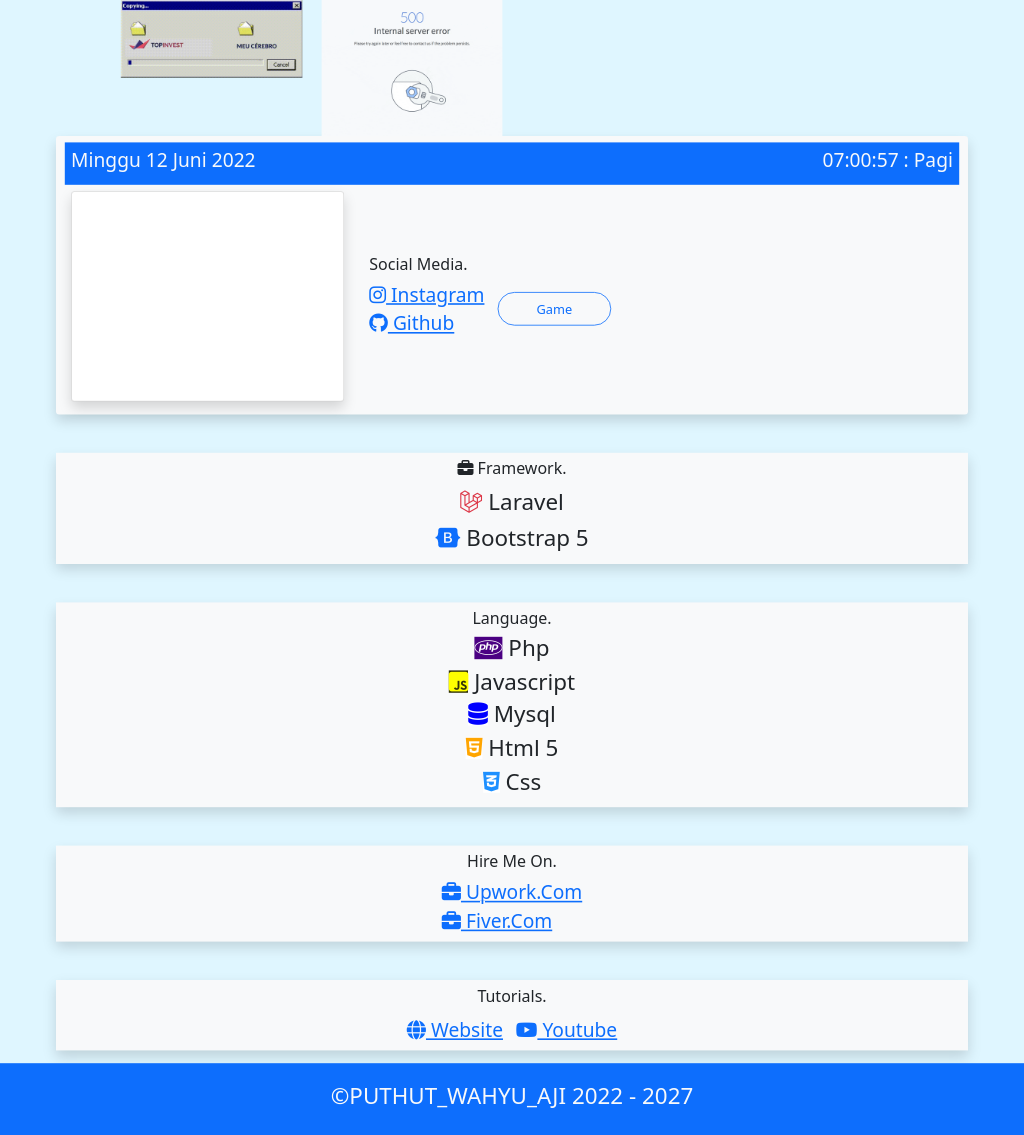
Repository: initer3737/initer3737.github.io
Page: index.html
The author's editor kept a copy of each file at every save. The page is drawn from the files as they stood at one save, then again after the next save.
The browser window is 1280 px wide. The pictures show the whole page, at 80% of full size.
Pictures or frames that could not be fetched are drawn as grey boxes. Some web libraries are served in a nearby version.

Above is the page before, as saved 2022-06-12 07:50:40.

### index.html
<!DOCTYPE html>
<html lang="en">
<head>
    <meta charset="UTF-8">
    <meta http-equiv="X-UA-Compatible" content="IE=edge">
    <meta name="viewport" content="width=device-width, initial-scale=1.0">
    <title>puthut wahyu aji</title>
    <link href="https://cdn.jsdelivr.net/npm/bootstrap@5.0.2/dist/css/bootstrap.min.css" rel="stylesheet" integrity="sha384-EVSTQN3/azprG1Anm3QDgpJLIm9Nao0Yz1ztcQTwFspd3yD65VohhpuuCOmLASjC" crossorigin="anonymous">
    <script src="https://kit.fontawesome.com/7bb1ae10af.js" crossorigin="anonymous"></script>

    <link rel="stylesheet" href="css/style.css">
</head>
<body class="bg-1">
    <header class=" bg-1">
       <div class="row">
        <div class=" col-12 col-md-6 col-lg-3">
            <img src="img/giphy (1).gif" class="img-fluid">
        </div>
            <img src="img/giphy.gif" class="img-fluid col-12 col-md-6 col-lg-3">
       </div>
    </header>
    <div class="container bg-light shadow rounded  d-flex flex-column gap-4 justify-content-center align-content-center align-items-center p-2">
        <div class="row d-flex align-content-center align-items-center">
            <div class="col-12">
               <div class="bg-primary text-capitalize d-flex justify-content-between">
                <p id="fulldate" class="h4 text-light p-2"></p>
                <p id="jam" class="h4 text-light p-2"></p>
               </div>
            </div>
            <div class="col-10 col-md-5 col-lg-4">
               <div class="card shadow m-2 p-1 position-relative">
                <video src="img/Earth - 4788.mp4" loop muted autoplay class="w-100 rounded-pill py-5 px-2"></video>
                <div class="filter2"></div>
               </div>
            </div>
            <div class="col-10 col-md-9 col-lg-8">
               <h5 class="text-capitalize">social media.</h5>
               <div class="d-flex flex-row align-content-center align-items-center gap-3">
                <div class="d-flex flex-column fs-4">
                    <a href="https://www.instagram.com/puthutwahyuaji/" target="_blank" class="text-capitalize"><i class="fa-brands fa-instagram"></i> instagram</a>
                    <!-- <a href="https://www.facebook.com/puthut.wahyuaji.94/" target="_blank" class="text-capitalize"><i class="fa-brands fa-facebook"></i> facebook</a>
                    <a href="https://twitter.com/puthut_wahkyu" target="_blank" class="text-capitalize"><i class="fa-brands fa-twitter"></i> twitter</a> -->
                    <!-- <a href="https://www.sololearn.com/profile/22926925" target="_blank" class="text-capitalize"><i class="fa-solid fa-globe"></i> sololearn</a> -->
                    <!-- <a href="https://www.duolingo.com/profile/PUTHUTWAHY" target="_blank" class="text-capitalize"><i class="fa-solid fa-globe"></i> duolingo</a> -->
                    <a href="https://github.com/initer3737" target="_blank" class="text-capitalize"><i class="fa-brands fa-github"></i> github</a>
                </div>
                <div class=""><a href="game.html" class="btn btn-outline-primary rounded-pill px-5 py-2">Game</a></div>
            </div>
            </div>
        </div>
    </div>
    <!-- https://www.fiverr.com/share/lYqN8j -->
    <div class="container bg-light shadow mt-5 d-flex flex-column gap-1 justify-content-center align-content-center align-items-center p-2">
        <h5><i class="fa-solid fa-briefcase"></i> framework.</h5>
            <h3><i class="fa-brands fa-laravel text-danger"></i> laravel</h3>
            <h3><i class="fa-brands fa-bootstrap text-primary"></i> bootstrap 5</h3>
        </div>
    </div>

    <div class="container bg-light shadow mt-5 d-flex flex-column  justify-content-center align-content-center align-items-center p-2">
        <h5>language.</h5>
            <h3><i class="fa-brands fa-php php"></i> php</h3>
            <h3><i class="fa-brands fa-js-square javascript"></i> javascript</h3>
            <h3><i class="fa-solid fa-database mysql"></i> mysql</h3>
            <h3><i class="fa-brands fa-html5 html"></i> html 5</h3>
            <h3><i class="fa-brands fa-css3-alt css"></i> css</h3>
        </div>

        <div class="container bg-light shadow mt-5 d-flex flex-column  justify-content-center align-content-center align-items-center p-2">
            <h5 class="capitalize">Hire me on.</h5>
            <div class="d-flex flex-column fs-4">
                <a href="https://www.upwork.com/workwith/puthutwahyuaji" target="_blank"><i class="fa-solid fa-briefcase"></i> upwork.com</a>
                <a href="https://www.fiverr.com/share/lYqN8j" target="_blank"><i class="fa-solid fa-briefcase"></i> fiver.com</a>
            </div>
            </div>

    </div>

    <div class="container bg-light shadow mt-5 d-flex flex-column gap-1 justify-content-center align-content-center align-items-center p-2">
        <h5>tutorials.</h5>
        <div class="fs-4 d-flex gap-3">
            <a href="https://initer3737.github.io/course/html/pages/course.html" target="_blank"><i class="fa-solid fa-globe"></i> website</a>
            <a href="https://www.youtube.com/channel/UClsfa0LkA3_YMsFjW1M__sw" target="_blank"><i class="fa-brands fa-youtube"></i> youtube</a>
        </div>
    </div>

    <footer class="bg-primary mt-3 p-4 text-light">
        <h3 class="text-center">&copy;PUTHUT_WAHYU_AJI <span id="year"></span></h3>
    </footer>
    <div class="modals-groups">
        <div class="modal fade" id="quotes">
            <div class="modal-dialog modal-dialog-centered">
                <div class="modal-content">
                    <div class="modal-header">
                        <h5 class="modal-title">message</h5>
                        <button class="btn-close" data-bs-dismiss="modal"></button>
                    </div>
                    <div class="modal-body">
                        <blockquote>"
                            manusia memiliki keinginan untuk menjadi kuat
                            sehingga lupa untuk menurunkan bakatnya pada
                            generasi selanjutnya lalu pada akhirnya mereka
                            tak mendapatkan apapun , tak akan ada yang
                            dapat mengingat namanya."
                        </blockquote> <hr>
                        <blockquote>
                            "kau tahu? , meski kau menghargai hidupmu,
                            orang lain begitu mudah menginjak-injaknya."
                            <p class="text-center">
                                -yorichi sugikuni
                            </p>
                        </blockquote>
                    </div>
                </div>
            </div>
        </div>
    </div>
    <script src="https://cdn.jsdelivr.net/npm/bootstrap@5.0.2/dist/js/bootstrap.bundle.min.js" integrity="sha384-MrcW6ZMFYlzcLA8Nl+NtUVF0sA7MsXsP1UyJoMp4YLEuNSfAP+JcXn/tWtIaxVXM" crossorigin="anonymous"></script>
</body>
</html>

<script>
    function Years() {
        $date=new Date();
        let t=document.getElementById('year');
        t.innerHTML=`${$date.getFullYear()} - ${$date.getFullYear()+5}`;
    }
    function Jam(){
        let T=document.getElementById('jam');
        let time=new Date();let hour;let minuets;let second;let statusTime;
        hour=validateTime(time.getHours());minuets=validateTime(time.getMinutes());second=validateTime(time.getSeconds());statusTime=()=>{
            if(hour > 00 &&hour < 11 ){
                status="pagi";
            }else if(hour >11 && hour < 15){
                status="siang";
            }else if(hour > 15 && hour < 18 ){
                status="sore";
            }else{
                status="malam";
            }

            return status;
        };
        T.innerHTML=`${hour}:${minuets}:${second} : ${statusTime()}`;
        setTimeout('Jam()',1000);
    }
    function Tanggal(){
        let t=document.getElementById("fulldate");
        let time=new Date();
        let hari;let bulan;let tanggal;let tahun;let hariAngka=time.getDate();
        tahun=time.getFullYear();bulan=time.getMonth();hari=time.getDay();
        let data={
            hari:["minggu","senin","selasa","rabu","kamis","jum'at","sabtu"],
            bulan:["januari","february","maret","april","mei","juni","juli","agustus","september","oktober","november","desember"]
        };
         t.innerHTML=`${data.hari[hari]}  ${hariAngka}  ${data.bulan[bulan]}  ${tahun}`;
    }
    const validateTime=(T)=>T<10 ?'0'+T:T;

    const initialize=()=>{
                Tanggal();
                Years();
                Jam();
            }

            initialize();
</script>

### css/style.css
*{
    text-transform: capitalize;
   cursor: url(https://ani.cursors-4u.net/cursors/cur-13/cur1162.ani), url(https://ani.cursors-4u.net/cursors/cur-13/cur1162.png), auto !important;
}
body{
    cursor: url('img/cursor.jpeg'),auto;
    /* background-color: #ddd; */
}
a:hover{
    transition:ease-in-out 0.5s;
    color: blueviolet;
    text-decoration: none;
}
.css{
    color: dodgerblue;
    background-color:white ;
}
.html{
    color: orange;
    background-color: white;
}
.mysql{
    background-color:white ;
    color: blue;
}
.javascript{
    background-color:rgb(51, 51, 9) ;
    color: yellow;
}
.php{
    background-color:indigo ;
    color: white;
}
header{
    /* height: 90vh; */
    display: flex;
    align-items: center;
    align-content: center;
    justify-content: center;
}
.filter{
    background-color: dodgerblue;
    opacity: 0.6;
    height: 100%;
    top: 0;
    width: 100%;
    position: absolute;
}
.text-container{
    z-index: 999;
}
.card:hover{
    /* border-color: dodgerblue; */
    background-color: dodgerblue;
    transform: perspective(12px);
    cursor: pointer;
}
.gambar{
    background-image: #000;
}

/*color pallete*/
.color-1{
    color:#DFF6FF;
}
.bg-1{
    background-color:#DFF6FF;
}

.color-2{
    color:#47B5FF;
}
.bg-2{
    background-color:#47B5FF;
}

.color-3{
    color:#1363DF;
}
.bg-3{
    background-color:#1363DF;
}

.color-4{
    color:#06283D;
}
.bg-4{
    background-color:#06283D;
}

After the next save:
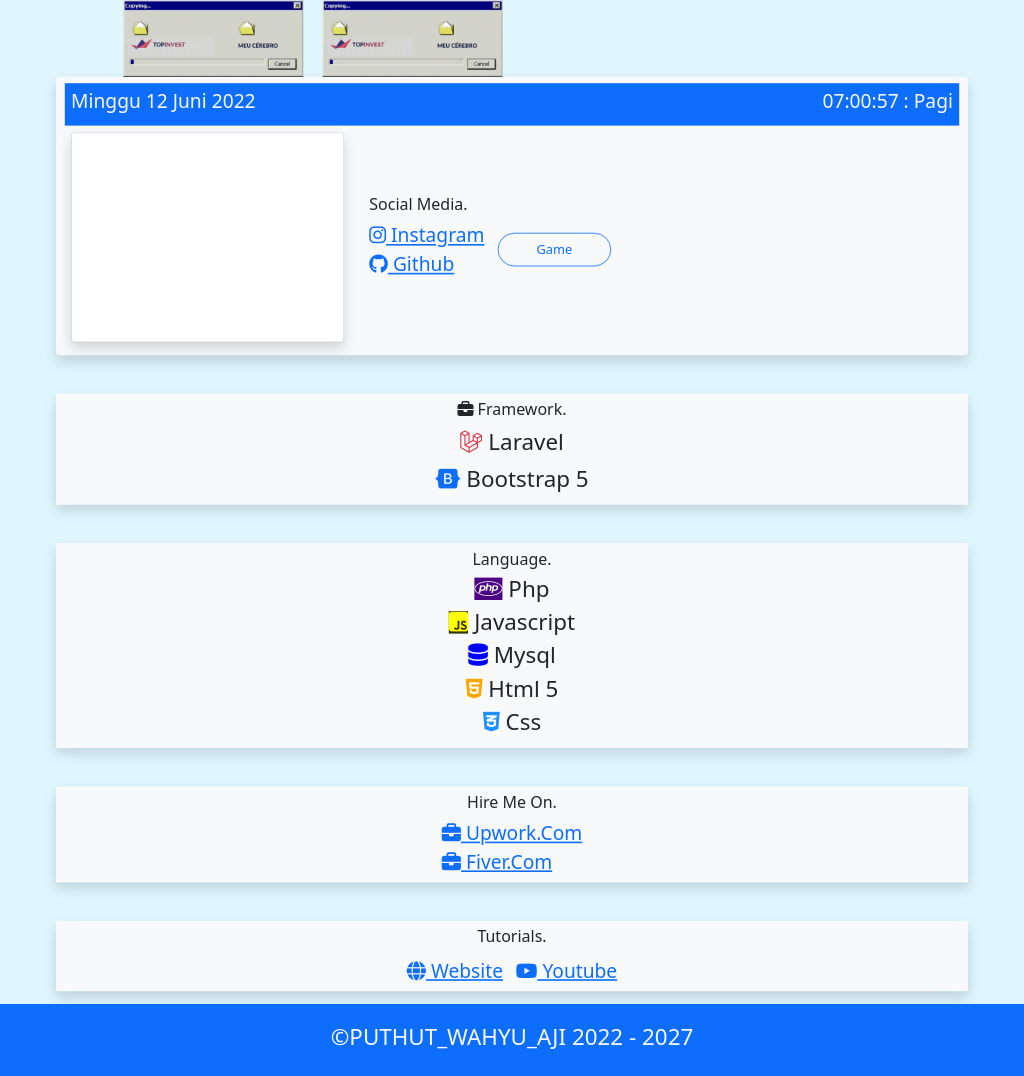
Saved 8 s later.
--- a/index.html
+++ b/index.html
@@ -16,7 +16,9 @@
         <div class=" col-12 col-md-6 col-lg-3">
             <img src="img/giphy (1).gif" class="img-fluid">
         </div>
-            <img src="img/giphy.gif" class="img-fluid col-12 col-md-6 col-lg-3">
+        <div class=" col-12 col-md-6 col-lg-3">
+            <img src="img/giphy (1).gif" class="img-fluid">
+        </div>
        </div>
     </header>
     <div class="container bg-light shadow rounded  d-flex flex-column gap-4 justify-content-center align-content-center align-items-center p-2">
